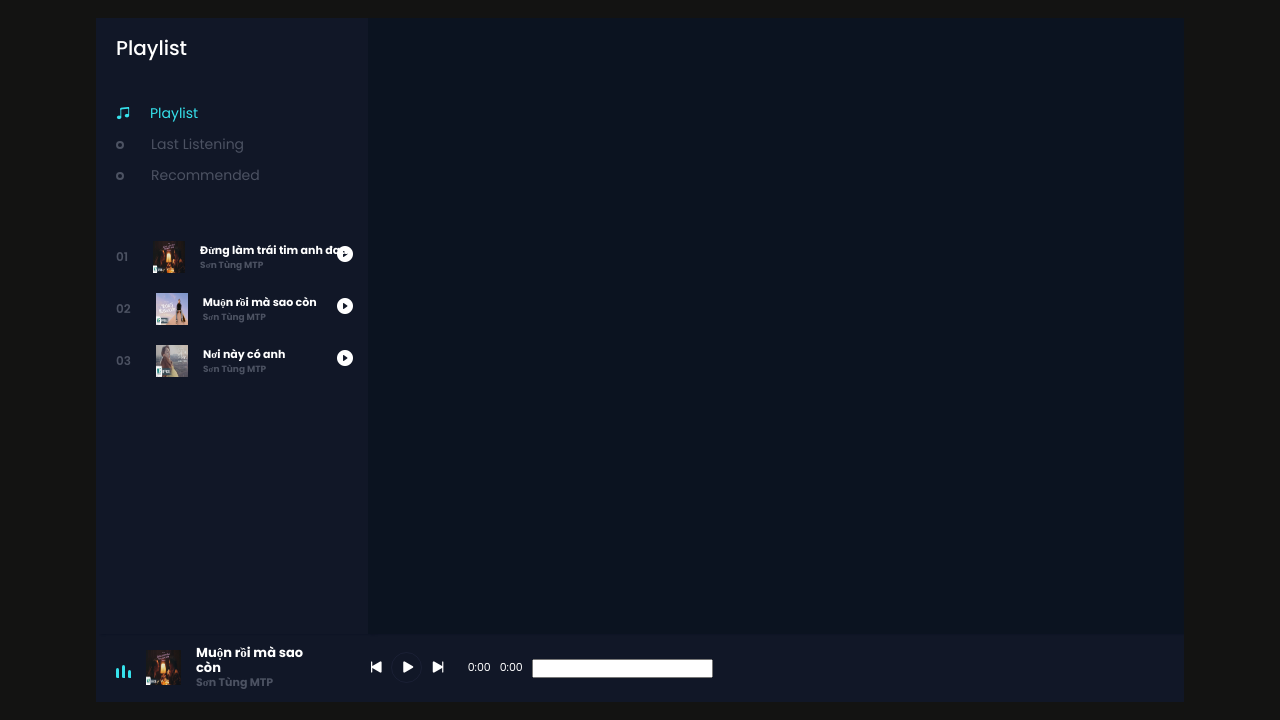
Repository: reminzuetto/Music-Website
Page: index.html
These files come from the project's save history. The page is drawn as it stood at one moment and after the next save; the edit follows.
The browser window is 1280 px wide. The pictures show the whole page.

Above is the page before, as saved 2024-06-10 23:56:37.

After the next save:
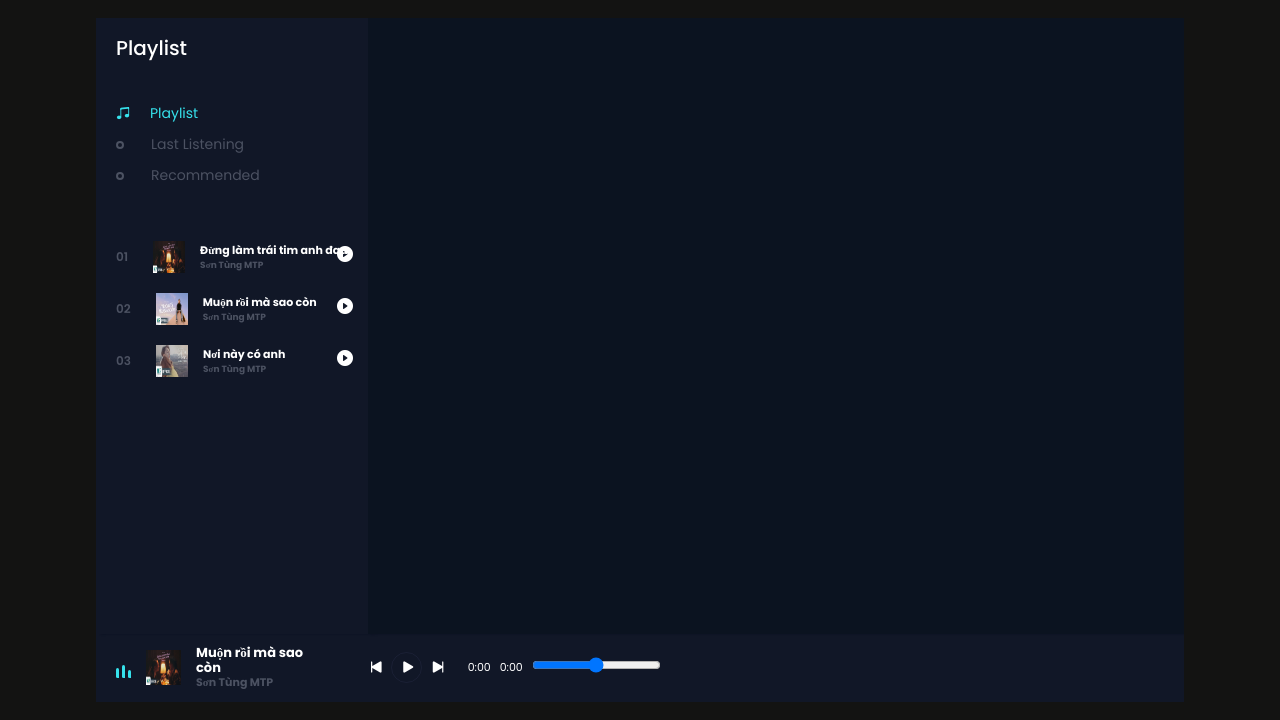
Saved 7 s later.
--- a/index.html
+++ b/index.html
@@ -84,7 +84,7 @@
         <span class="currentStart">0:00</span>
         <span class="currentEnd">0:00</span>
         <div class="bar">
-          <input type="seek" />
+          <input type="range" />
         </div>
       </div>
     </header>
